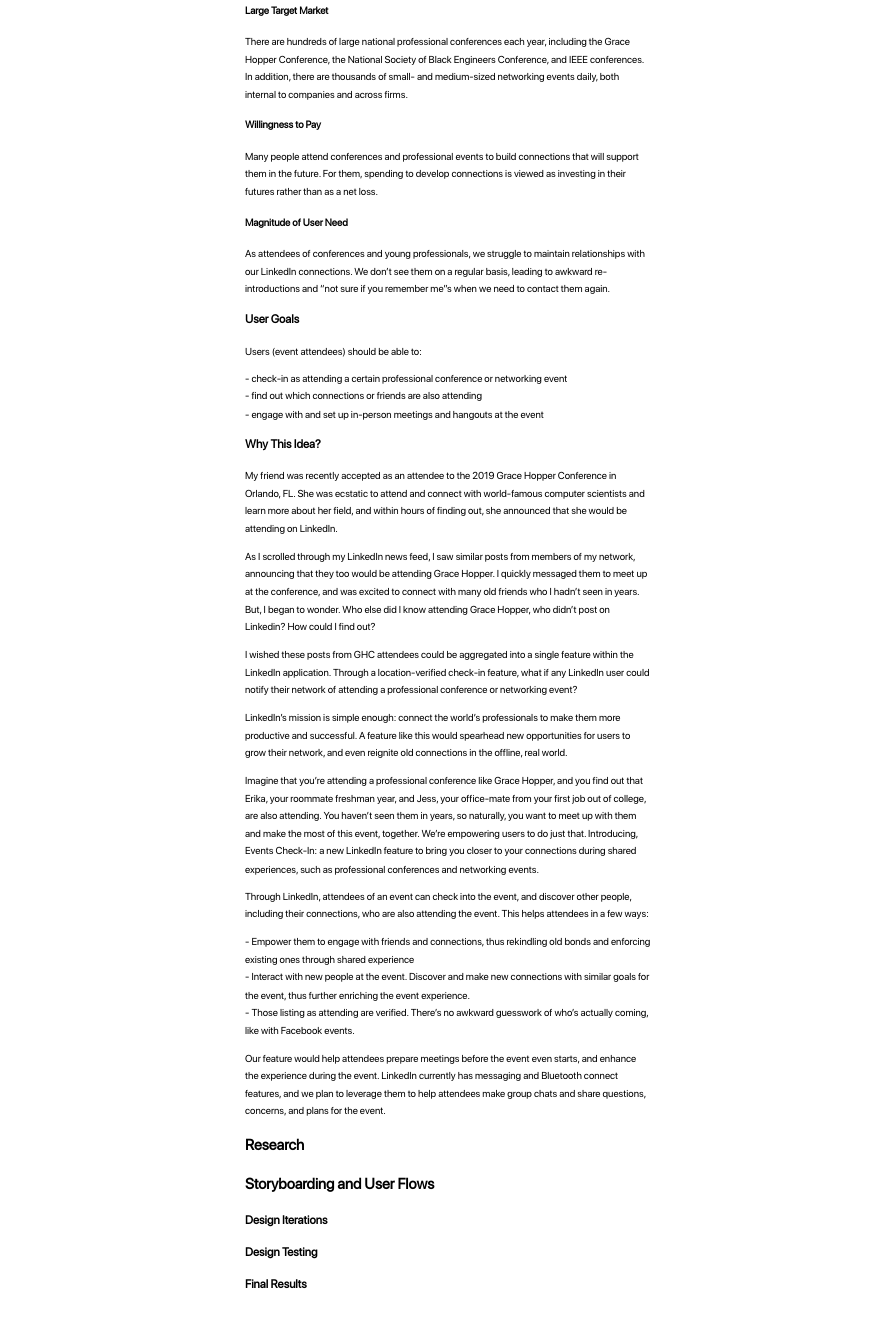
Repository: rdf004/rdf004.github.io
Page: /case1
These files come from the project's save history. The page is drawn as it stood at one moment and after the next save; the edit follows.
The browser window is 1280 px wide. The pictures show the part of the page from y = 1058 to 2978 px (the page is 2950 px tall before and 2978 px after), at 70% of full size.
The project was rebuilt for these pictures with package versions that can differ from the ones it lists, and the page was loaded fresh each time. Also part of the build but not shown: src/Components/About.js, src/Components/Work.js, src/Components/Projects.js, src/Components/Design.js, src/Components/Books.js, src/Components/Resume.js.

Above is the page before, as saved 2019-11-20 21:37:21.

After the next save:
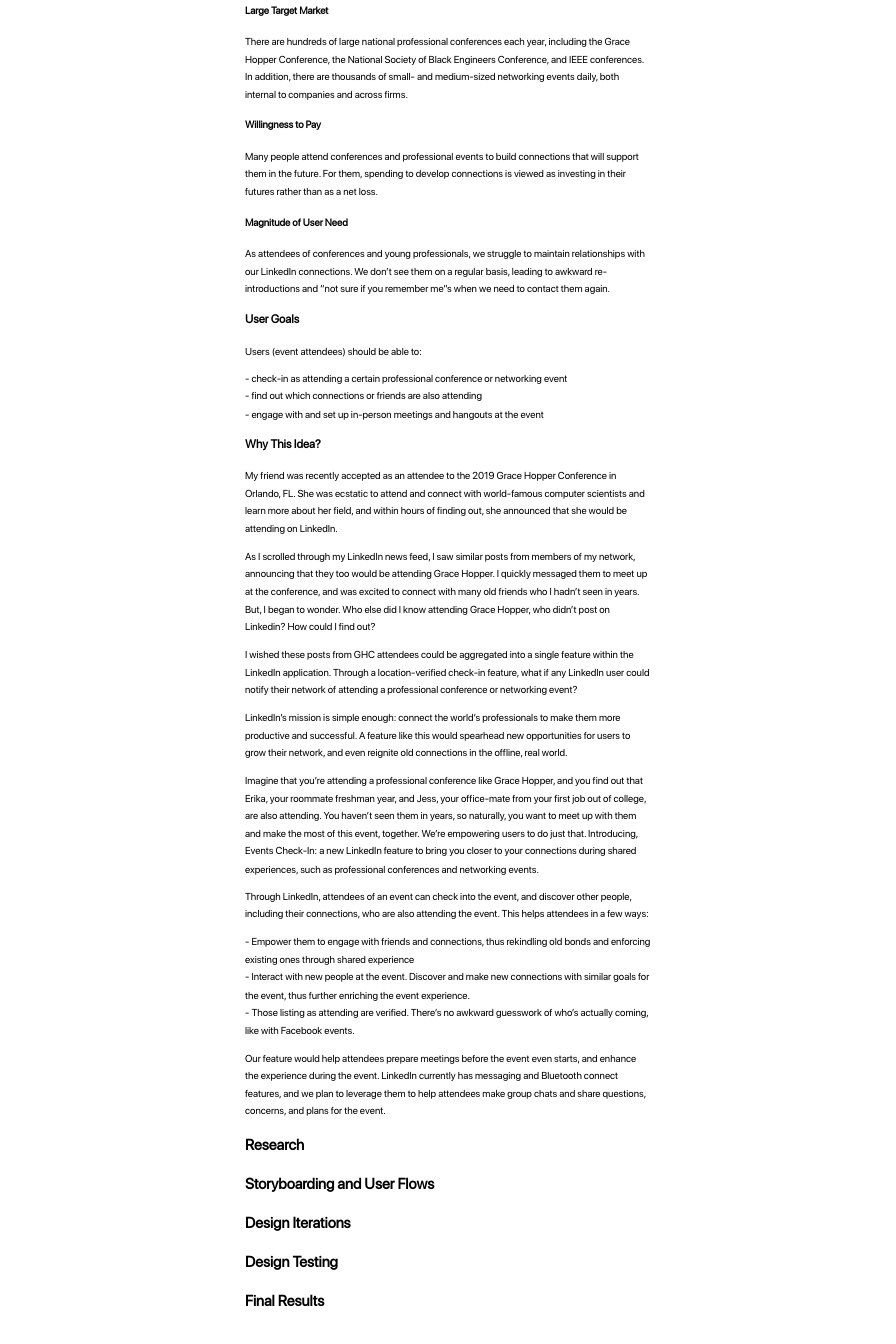
Saved 17 s later.
--- a/src/Components/Case1.js
+++ b/src/Components/Case1.js
@@ -49,9 +49,9 @@
                     <p>Our feature would help attendees prepare meetings before the event even starts, and enhance the experience during the event. LinkedIn currently has messaging and Bluetooth connect features, and we plan to leverage them to help attendees make group chats and share questions, concerns, and plans for the event.</p>
                     <h2>Research</h2>
                     <h2>Storyboarding and User Flows</h2>
-                    <h3>Design Iterations</h3>
-                    <h3>Design Testing</h3>
-                    <h3>Final Results</h3>
+                    <h2>Design Iterations</h2>
+                    <h2>Design Testing</h2>
+                    <h2>Final Results</h2>
 
                 </p>
             </div>
